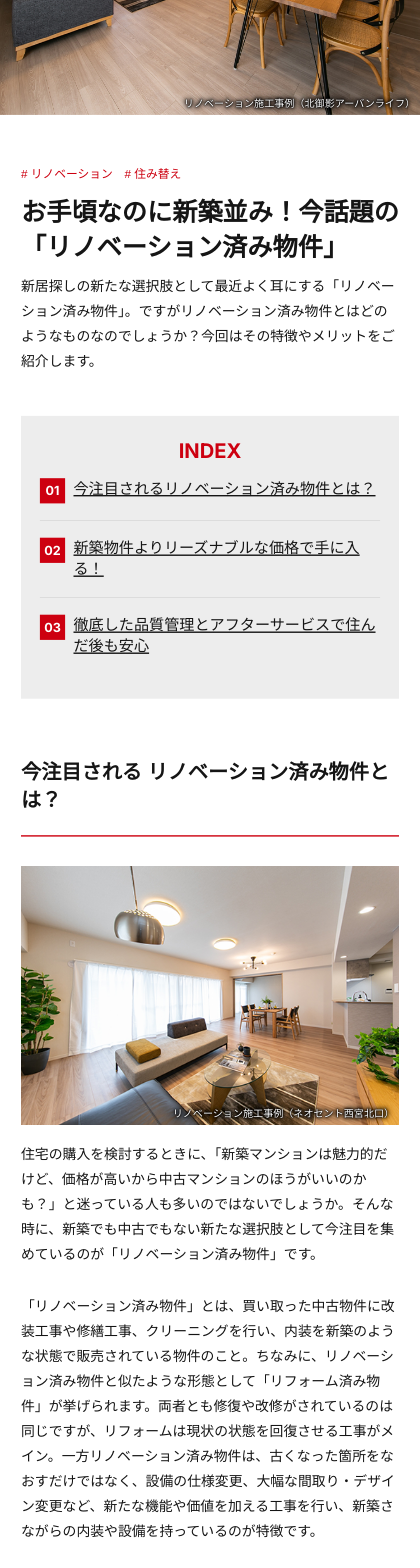
Repository: duongspm/group-kansai_new-data
Page: group-kansai_new/pickup/column07.html
These files come from the project's save history. The page is drawn as it stood at one moment and after the next save; the edit follows.
The browser window is 600 px wide. The pictures show the part of the page from y = 393 to 2633 px (the page is 8701 px tall), at 70% of full size.

Above is the page before, as saved 2023-07-03 08:24:40.

After the next save:
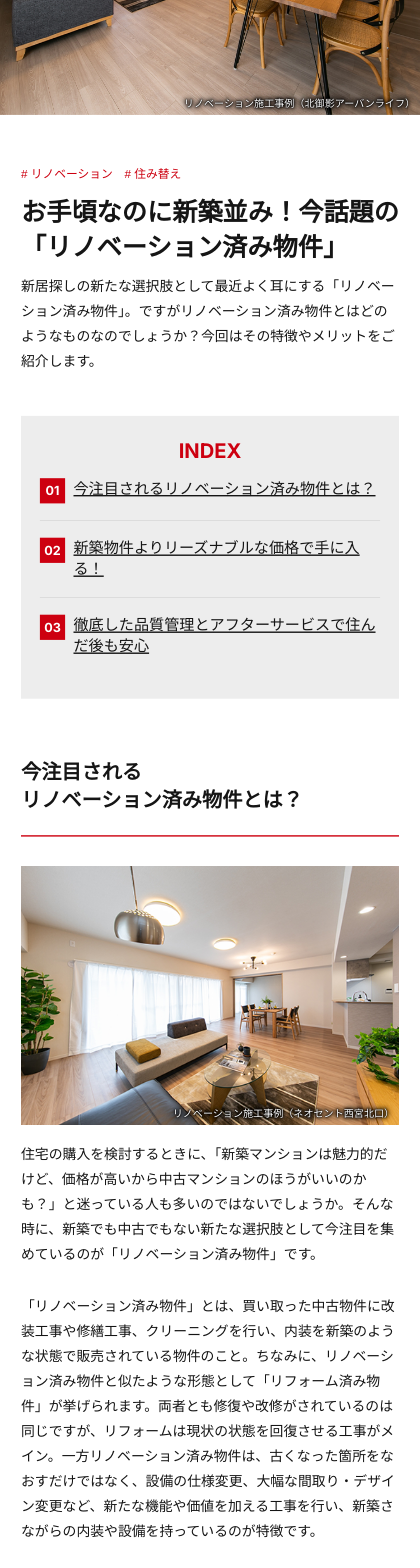
Saved 14 s later.
--- a/group-kansai_new/pickup/css/column.css
+++ b/group-kansai_new/pickup/css/column.css
@@ -289,4 +289,7 @@
     /* .column07:hover:after{
         border: solid #ffffff;
     } */
-}
+    .column07__only-sp{
+        display: block;
+    }
+}
